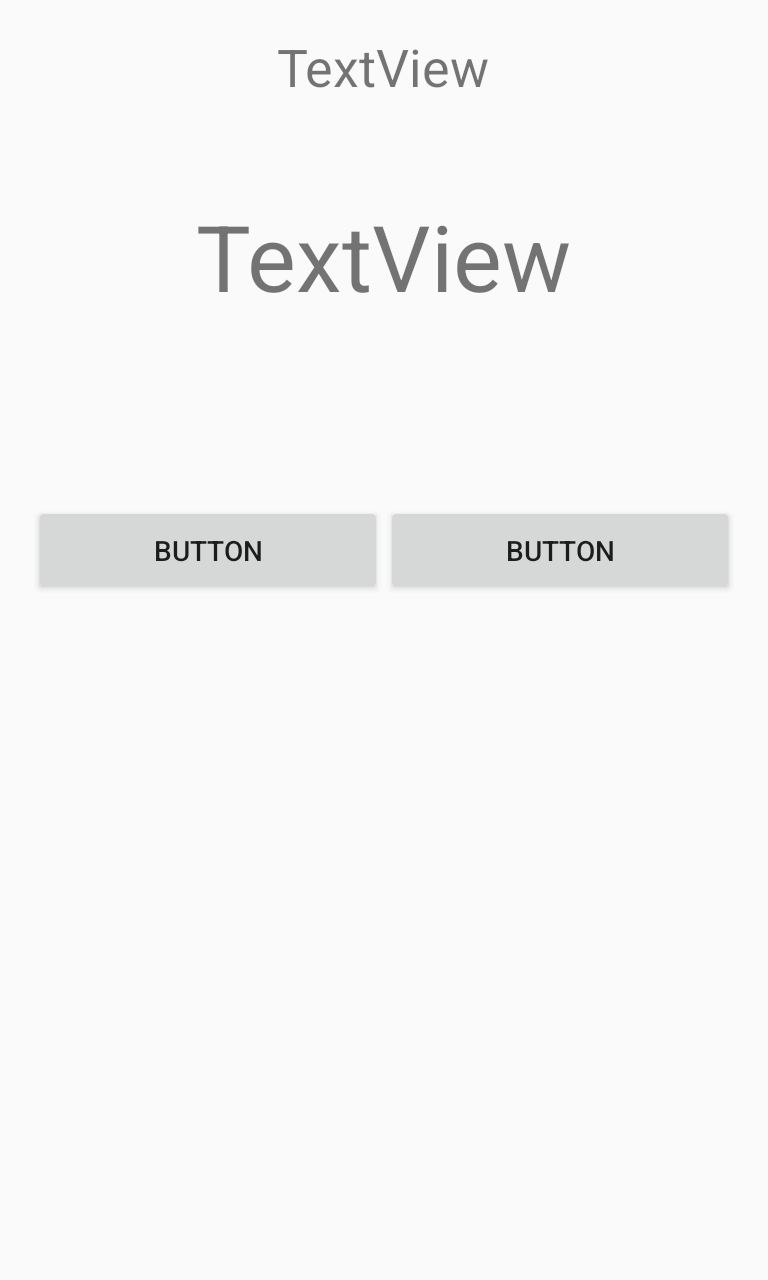
Repository: GitDidNotExitCleanly/AndroidTimer
Layout: StopWatch/res/layout/activity_main.xml
An editor plug-in stored every save of this project. The layout is shown before and after a run of saves, followed by the edit.
It is drawn on a 768 x 1280 px phone screen (xhdpi) without system bars, with theme AppTheme; the app's code is not run. Lists and similar views that code fills are empty.

Above is the layout before, as saved 2015-03-04 23:04:58.

### StopWatch/res/layout/activity_main.xml
<LinearLayout xmlns:android="http://schemas.android.com/apk/res/android"
    xmlns:tools="http://schemas.android.com/tools"
    android:id="@+id/LinearLayout1"
    android:layout_width="fill_parent"
    android:layout_height="fill_parent"
    android:gravity="center_horizontal"
    android:orientation="vertical"
    android:paddingBottom="@dimen/activity_vertical_margin"
    android:paddingLeft="@dimen/activity_horizontal_margin"
    android:paddingRight="@dimen/activity_horizontal_margin"
    android:paddingTop="@dimen/activity_vertical_margin"
    tools:context="com.app.stopwatch.MainActivity" >

    <LinearLayout
        android:layout_width="match_parent"
        android:layout_height="wrap_content"
        android:layout_weight="1"
        android:gravity="center"
        android:orientation="vertical" >

        <TextView
            android:id="@+id/textView1"
            android:layout_width="wrap_content"
            android:layout_height="wrap_content"
            android:layout_weight="1"
            android:text="TextView"
            android:textSize="@dimen/stopwatch_small_time" />

        <TextView
            android:id="@+id/textView2"
            android:layout_width="wrap_content"
            android:layout_height="wrap_content"
            android:layout_weight="2"
            android:text="TextView"
            android:textSize="@dimen/stopwatch_large_time" />

        <LinearLayout
            android:id="@+id/LinearLayout2"
            android:layout_width="match_parent"
            android:layout_height="wrap_content"
            android:layout_weight="2"
            android:orientation="horizontal" >

            <Button
                android:id="@+id/button1"
                android:layout_width="wrap_content"
                android:layout_height="wrap_content"
                android:layout_weight="1"
                android:text="Button" />

            <Button
                android:id="@+id/button2"
                android:layout_width="wrap_content"
                android:layout_height="wrap_content"
                android:layout_weight="1"
                android:text="Button" />
        </LinearLayout>
    </LinearLayout>

    <ListView
        android:id="@+id/listView1"
        android:layout_width="match_parent"
        android:layout_height="wrap_content"
        android:layout_weight="1" >
    </ListView>

</LinearLayout>

### StopWatch/res/values/dimens.xml
<resources>

    <!-- Default screen margins, per the Android Design guidelines. -->
    <dimen name="activity_horizontal_margin">16dp</dimen>
    <dimen name="activity_vertical_margin">16dp</dimen>
    <dimen name="stopwatch_small_time">26sp</dimen>
    <dimen name="stopwatch_large_time">46sp</dimen>

</resources>

Loaded but not shown: StopWatch/res/values/styles.xml (common file); StopWatch/res/values-v11/styles.xml (common file); StopWatch/res/values-v14/styles.xml (common file); StopWatch/res/values-w820dp/dimens.xml (common file)

After the next 2 saves:
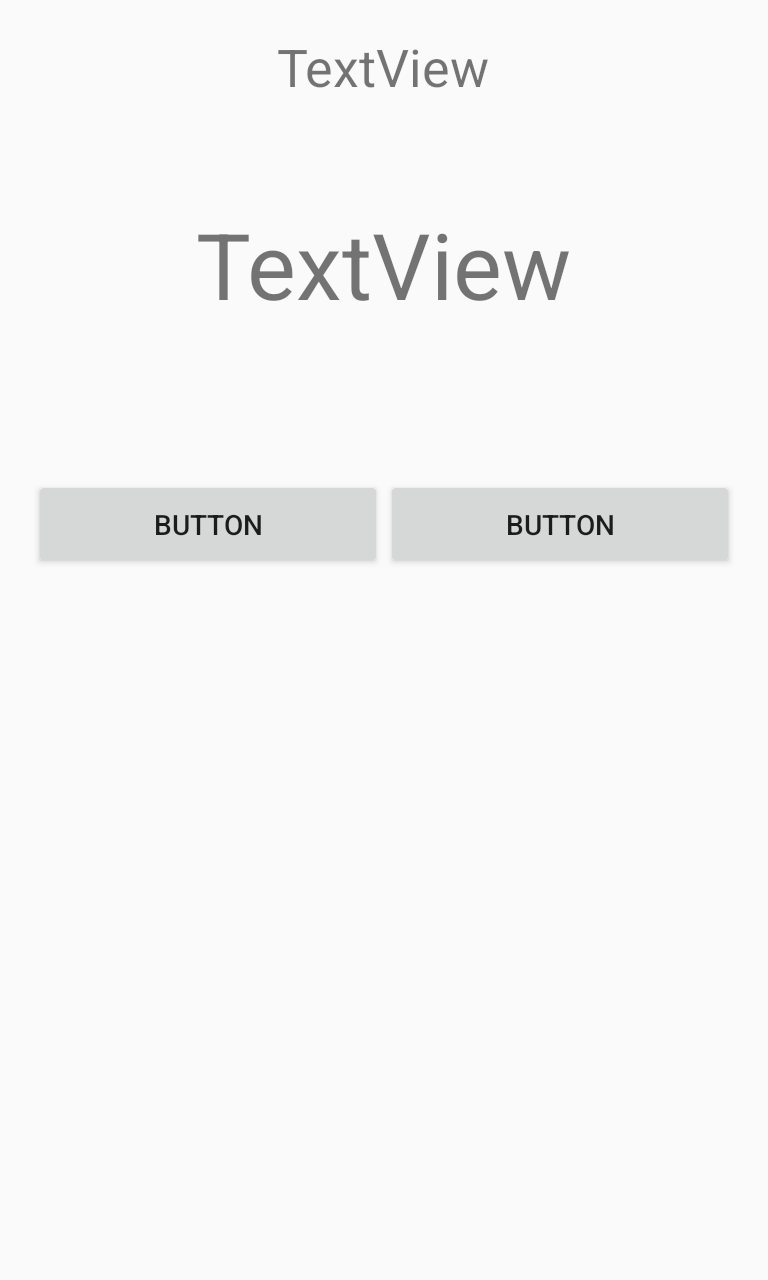
The 2 saves are shown as one change because they came seconds apart.
The last was saved 70 s later.
--- a/StopWatch/res/layout/activity_main.xml
+++ b/StopWatch/res/layout/activity_main.xml
@@ -30,7 +30,7 @@
             android:id="@+id/textView2"
             android:layout_width="wrap_content"
             android:layout_height="wrap_content"
-            android:layout_weight="2"
+            android:layout_weight="1.5"
             android:text="TextView"
             android:textSize="@dimen/stopwatch_large_time" />
 
@@ -38,7 +38,7 @@
             android:id="@+id/LinearLayout2"
             android:layout_width="match_parent"
             android:layout_height="wrap_content"
-            android:layout_weight="2"
+            android:layout_weight="1.5"
             android:orientation="horizontal" >
 
             <Button
@@ -61,7 +61,7 @@
         android:id="@+id/listView1"
         android:layout_width="match_parent"
         android:layout_height="wrap_content"
-        android:layout_weight="1" >
+        android:layout_weight="1.3" >
     </ListView>
 
 </LinearLayout>
